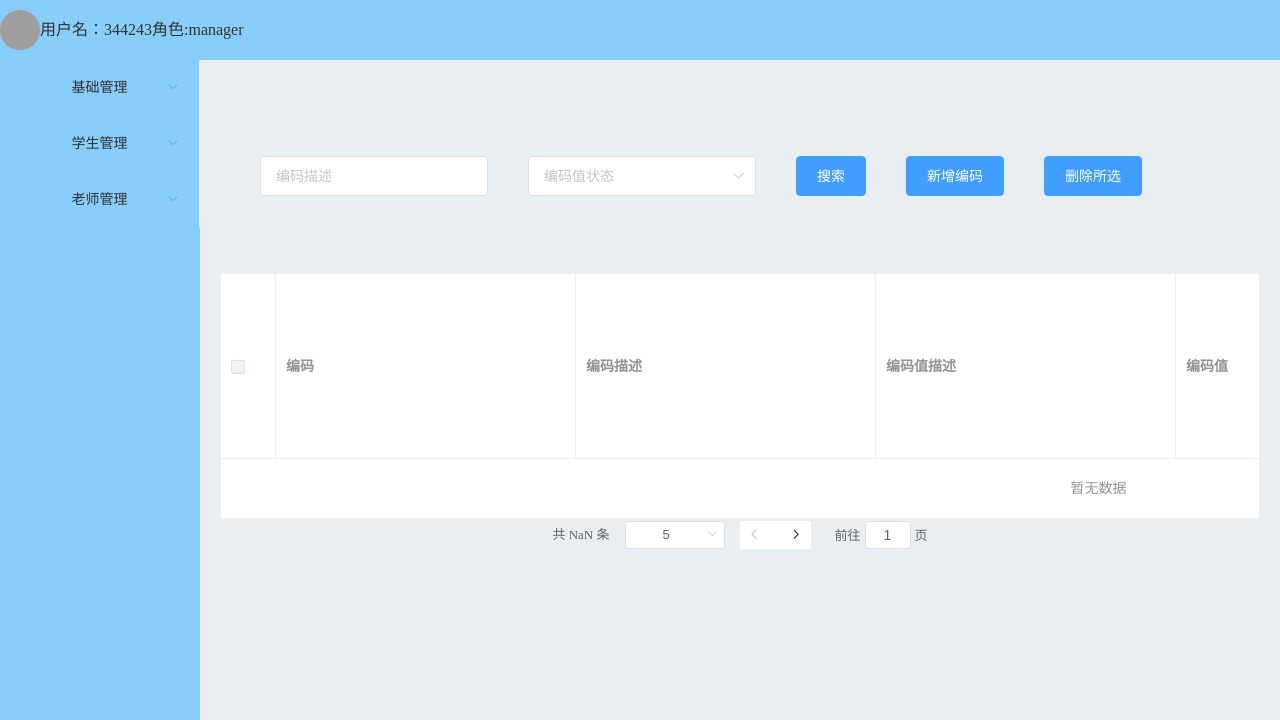
Repository: lwm9704/school-front
Page: /#/code
An editor plug-in stored every save of this project. The page is shown before and after the next save, followed by the edit.
The browser window is 1280 px wide. The pictures show the whole page.
Pictures or frames that could not be fetched are drawn as grey boxes. The page's requests for data from a server got no answer. The project was rebuilt for these pictures with package versions that can differ from the ones it lists, and the page was loaded fresh each time. No one was signed in, and anything a server would have sent is missing. Also part of the build but not shown: src/js/login.js, src/view/login.vue.

Above is the page before, as saved 2021-11-22 14:53:50.

### src/main.js
// The Vue build version to load with the `import` command
// (runtime-only or standalone) has been set in webpack.base.conf with an alias.
import Vue from 'vue'
import App from './App'
import router from './router'
import ElementUI from 'element-ui'
import 'element-ui/lib/theme-chalk/index.css'
import Vuex from 'vuex'
import './assets/css/global.css'

Vue.config.productionTip = false
Vue.use(ElementUI)
Vue.use(Vuex)

/* eslint-disable no-new */
new Vue({
  el: '#app',
  router,
  components: { App },
  template: '<App/>'
})

### src/router/index.js

import Vue from 'vue'
import Router from 'vue-router'
import Login from '@/view/login'
import Home from '../view/home'


Vue.use(Router)

export default new Router({
  routes: [
    {
      path: '/',
      redirect: '/login',
    },
    {
      path: '/login',
      name: 'login',
      component: Login
    },
    {
      path: '/home',
      name: 'home',
      component: Home,
      children: [
        {
          path: '/user',
          name: 'user',
          component: () => import('../view/user')
        },
        {
          path: '/code',
          name: 'code',
          component: () => import('../view/code')
        },
        {
          path: '/course',
          name: 'course',
          component: () => import('../view/course')
        },
        {
          path: '/grade',
          name: 'grade',
          component: () => import('../view/grade')
        },
        {
          path: '/lecture',
          name: 'lecture',
          component: () => import('../view/lecture')
        },
        {
          path: '/member',
          name: 'member',
          component: () => import('../view/member')
        },
        {
          path: '/score',
          name: 'score',
          component: () => import('../view/score')
        },
        {
          path: '/teaching',
          name: 'teaching',
          component: () => import('../view/teaching')
        }
      ]
    },

  ]
})

### src/assets/css/global.css
html,body,#app,.el-container{
  /*设置内部填充为0，几个布局元素之间没有间距*/
  padding: 0px;
  /*外部间距也是如此设置*/
  margin: 0px;
  /*统一设置高度为100%*/
  height: 100%;
  }

### src/view/home.vue
<template>
  <div class="home">
    <el-container class="top">
      <el-header>
        <div class="header">
          <myHeader></myHeader>
        </div>
      </el-header>
      <el-container class="main">
        <el-aside width="200px" class="Aside">
          <leftMenu></leftMenu>
        </el-aside>
        <el-container>
          <el-main>
            <router-view></router-view>
          </el-main>
        </el-container>
      </el-container>
    </el-container>
  </div>
</template>
<script>
import req from "../js/home";
import leftMenu from "../components/leftMenu";
import myHeader from "../components/myHeader";
export default {
  components: {
    leftMenu,
    myHeader,
  },
  data(){
    return{
      userInfo:{
        userId:'12323',
        account:'344243',
        role:"manager"
      }
    }
  },
  mounted(){
    this.getUserInfo();
  },
  methods: {

    //获取并保存用户参数
    getUserInfo(){
      // sessionStorage.setItem("userInfo",JSON.stringify(this.$route.params.userInfo))
      // sessionStorage.setItem(this.userInfo)
    },
    //侧边栏的方法
    handleOpen(key, keyPath) {
      console.log(key, keyPath);
    },
    handleClose(key, keyPath) {
      console.log(key, keyPath);
    },
  },
  mounted() {},
};
</script>
<style lang="scss" scoped>
.el-header {
  background-color: #87cefa;
  color: #333;
  text-align: center;
  line-height: 60px;
  padding: 0;
}

.el-aside {
  background-color: #87cefa;
  color: #333;
  text-align: center;
  line-height: 200px;
}

.el-main {
  background-color: #e9eef3;
  color: #333;
  text-align: center;
  line-height: 160px;
}

body > .el-container {
  margin-bottom: 40px;
}
.home,.top,.main{
  height: 100%;
}
</style>

### src/view/code.vue
<template>
  <div>
    <div class="main-head" :model="search">
      <dl>
        <dd>
          <el-input
            v-model="search.codeDescription"
            placeholder="编码描述"
            clearable
          ></el-input>
        </dd>
      </dl>
      <dl>
        <dd>
          <el-select v-model="search.state" placeholder="编码值状态">
            <el-option
              v-for="item in state"
              :key="item.value"
              :label="item.label"
              :value="item.value"
            ></el-option>
          </el-select>
        </dd>
      </dl>
      <dl>
        <dd>
          <el-button type="primary" @click="searchData">搜索</el-button>
        </dd>
      </dl>
      <dl>
        <dd>
          <el-button type="primary" @click="addCode">新增编码</el-button>
        </dd>
      </dl>
      <dl>
        <dd>
          <el-button type="primary" @click="deleteDetailList"
            >删除所选</el-button
          >
        </dd>
      </dl>
    </div>

    <el-table
      ref="multipleTable"
      :data="tableData"
      tooltip-effect="dark"
      border
      style="width: 100%"
      @selection-change="handleSelectionChange"
    >
      <el-table-column type="selection" width="55"></el-table-column>
      <el-table-column label="编码" prop="codeNo" width="300"></el-table-column>
      <el-table-column
        label="编码描述"
        prop="codeDescription"
        width="300"
      ></el-table-column>
      <el-table-column
        prop="codeValueDescription"
        label="编码值描述"
        width="300"
      ></el-table-column>
      <el-table-column
        prop="codeValue"
        label="编码值"
        width="300"
        show-overflow-tooltip
      ></el-table-column>
      <el-table-column label="操作" width="500">
        <template slot-scope="scope">
          <el-button size="mini" @click="modifyCode(scope.row)"
            >编码编辑</el-button
          >
          <el-button size="mini" @click="addDetail(scope.row)"
            >新增编码详情</el-button
          >
          <el-button size="mini" @click="modifyDetail(scope.row)"
            >编码详情编码</el-button
          >
          <el-button size="mini" @click="deleteDetail(scope.row)"
            >删除编码详情编码</el-button
          >
        </template>
      </el-table-column>
    </el-table>

    <div class="footer">
      <el-pagination
        @size-change="handleSizeChange"
        @current-change="handleCurrentChange"
        :current-page="parseInt(pageInfo.currentPage)"
        :page-sizes="[100, 200, 300, 400]"
        :page-size="parseInt(pageInfo.pageSize)"
        layout="total, sizes, prev, pager, next, jumper"
        :total="parseInt(pageInfo.total)"
      ></el-pagination>
    </div>

    <!--编码-->
    <el-dialog :title="dialogInfo.title" :visible.sync="codeFormVisible">
      <el-form :model="codeForm" :rules="codeRules" :ref="codeForm">
        <el-form-item label="编码" :label-width="formLabelWidth">
          <el-input v-model="codeForm.codeNo" autocomplete="off"></el-input>
        </el-form-item>
        <el-form-item label="编码描述" :label-width="formLabelWidth">
          <el-input v-model="codeForm.description" autocomplete="off"></el-input>
        </el-form-item>
      </el-form>
      <div slot="footer" class="dialog-footer">
        <el-button @click="cancelCodeForm">取 消</el-button>
        <el-button type="primary" @click="saveCodeForm">确 定</el-button>
      </div>
    </el-dialog>
    <!--编码详情-->
    <el-dialog :title="dialogInfo.title" :visible.sync="detailFormVisible">
      <el-form :model="detailForm" :rules="detailRules" :ref="detailForm">
        <el-form-item label="编码值" :label-width="formLabelWidth">
          <el-input v-model="detailForm.codeValue" autocomplete="off"></el-input>
        </el-form-item>
        <el-form-item label="编码值描述" :label-width="formLabelWidth">
          <el-input v-model="detailForm.codeValueDescribe" autocomplete="off"></el-input>
        </el-form-item>
        <el-form-item label="状态" :label-width="formLabelWidth">
          <el-select v-model="detailForm.state" clearable placeholder="请选择">
            <el-option
              v-for="item in state"
              :key="item.value"
              :label="item.label"
              :value="item.value"
            ></el-option>
          </el-select>
        </el-form-item>
      </el-form>
      <div slot="footer" class="dialog-footer">
        <el-button @click="cancelDetailForm">取 消</el-button>
        <el-button type="primary" @click="saveDetailForm">确 定</el-button>
      </div>
    </el-dialog>
  </div>
</template>
<script>
import req from "../js/code";
export default {
  data() {
    return {
      //表内容数据
      tableData: [],
      multipleSelection: [],
      //显示页面条数
      pageInfo: {
        currentPage: "",
        total: "",
        pageSize: "",
      },
      dialogInfo: {
        type: "",
        title: "",
      },
      //编码表单
      codeFormVisible: false,
      codeForm: {
        codeNo: "",
        description: "",
      },
      codeRules: {
        code: [{ required: true, message: "请输入编码", trigger: "blur" }],
      },
      //详情表单
      detailFormVisible: false,
      detailForm: {
        codeValue: "",
        codeValueDescribe: "",
        state: "",
      },
      detailRules: {
        codeValue: [{ required: true, message: "请输入编码值", trigger: "blur" }],
        state: [{ required: true, message: "请选择状态", trigger: "blur" }],
      },
      formLabelWidth: "120px",
      //搜索，按钮
      search: {
        codeDescription: "",
        state: "",
        offset:"",
        limit:"",
      },
      state: [
        {
          value: 0,
          label: "禁用",
        },
        {
          value: 1,
          label: "启用",
        },
      ],
    };
  },
  mounted() {
    this.fetch();
  },
  methods: {
    //侧边栏的方法
    handleOpen(key, keyPath) {
      console.log(key, keyPath);
    },
    handleClose(key, keyPath) {
      console.log(key, keyPath);
    },
    //多选
    handleSelectionChange(row) {
      this.multipleSelection = row;
    },

    //选页的相关方法
    handleSizeChange(pageSize) {
      this.pageInfo.pageSize = pageSize;
      console.log(`每页 ${pageSize} 条`);
    },
    handleCurrentChange(currentPage) {
      this.pageInfo.currentPage = currentPage;
      console.log(`当前页: ${currentPage}`);
    },
    //刷新页面
    fetch() {
      this.pageInfo.pageSize = 5;
      this.pageInfo.currentPage = 1;
      this.searchData();
    },
    //搜索
    searchData() {
      this.search.offset = this.pageInfo.currentPage;
      this.search.limit = this.pageInfo.pageSize;
      req("selectData", {
        ...this.search
      }).then((data) => {
        console.log(data.data);
        this.tableData = data.data.list;
        // this.pageInfo.pageSize = data.data.offset;
        // this.pageInfo.currentPage = data.data.limit;
        // this.pageInfo.total = data.data.total;
      });
    },
    //重置
    reset() {
      this.fetch();
      console.log("重置按钮被点击了");
    },
    addCode() {
      this.dialogInfo.type = "addCode";
      this.dialogInfo.title = "新增编码";
      this.codeFormVisible = true;
    },
    modifyCode(row) {
      this.codeForm = row;
      this.dialogInfo.type = "modifyCode";
      this.dialogInfo.title = "修改编码";
      this.codeFormVisible = true;
    },
    addDetail(row) {
      this.detailForm.codeId = row.codeId;
      this.dialogInfo.type = "addDetail";
      this.dialogInfo.title = "新增编码详情";
      console.log()
    },
    modifyDetail(row) {
      this.detailForm.codeId = row.codeId;
      this.detailForm.value = row.value;
      this.detailForm.describe = row.describe;
      this.detailForm.state = row.state;
      this.dialogInfo.type = "modifyDetail";
      this.dialogInfo.title = "修改编码值";
      this.detailFormVisible = true;
    },
    saveCodeForm() {
      this.$refs[this.codeForm].validate((valid) => {
        // console.log(this.$refs[this.codeForm])\
        console.log(this.dialogInfo.type)
        if (valid) {
          if (this.dialogInfo.type === "addCode") {
            console.log(2)
            req("insertData", { ...this.codeForm }).then((data) => {
              console.log(data.data);
              if (data.code === 1) {
                this.$message.success(data.msg);
                this.fetch();
                this.$refs[this.codeForm].resetFields();
                this.codeFormVisible = false;
              } else {
                this.$message.error(data.data.msg);
              }
            });
          }
          if (this.dialogInfo.type === "modifyCode") {
            req("updateData", { ...codeForm }).then((data) => {
              console.log(data.data);
              if (data.data.code === 1) {
                this.$message.success(data.data.msg);
                this.fetch();
                this.$refs[this.codeForm].resetFields();
                this.codeFormVisible = false;
              } else {
                this.$message.error(data.data.msg);
              }
            });
          }
        }
      });
    },
    cancelCodeForm() {
      this.$refs[this.codeForm].resetFields();
      this.codeFormVisible = false;
    },

    saveDetailForm() {
      this.$refs[this.detailForm].validate((valid) => {
        if (valid) {
          if (this.dialogInfo.type === "addDetail") {
            req("insertDetailData", { ...this.detailForm }).then((data) => {
              console.log(data.data);
              if (data.data.code === 1) {
                this.$message.success(data.data.msg);
                this.fetch();
                this.$refs[this.detailForm].resetFields();
                this.detailFormVisible = false;
              } else {
                this.$message.error(data.data.msg);
              }
            });
          }
          if (this.dialogInfo.type === "modifyDetail") {
            req("updateDetailData", { ...detailForm }).then((data) => {
              console.log(data.data);
              if (data.data.code === 1) {
                this.$message.success(data.data.msg);
                this.fetch();
                this.$refs[this.detailForm].resetFields();
                this.detailFormVisible = false;
              } else {
                this.$message.error(data.data.msg);
              }
            });
          }
        }
      });
    },
    cancelDetailForm() {
      this.$refs[this.detailForm].resetFields();
      this.detailFormVisible = false;
    },

    deleteDetail(row) {
      this.$confirm("此操作将永久删除该文件,是否继续?").then(() => {
        let codeDetailId = row.codeDetailId.toString();
        req("deleteDetailData", { codeDetailId: codeDetailId }).then((data) => {
          this.$message.success(data.data.msg);
          this.fetch();
        });
      });
    },
    deleteDetailList() {
      if (this.multipleSelection.length === 0) {
        this.$message.info("请选择需要删除的数据");
        return;
      }
      this.$confirm("此操作将永久删除该文件,是否继续?").then(() => {
        let codeDetailIdList = this.multipleSelection
          .map((item) => {
            return item.codeDetailId;
          })
          .toString();
        req("deleteDetailData", { codeDetailId: codeDetailIdList }).then(
          (data) => {
            this.$message.success(data.data.msg);
            this.fetch();
          }
        );
      });
    },
  },
};
</script>

<style lang="scss" scoped>
.main-head {
  display: flex;
  flex-direction: row;
}
</style>

### src/js/home.js
import req from "../fect/rquestConfig";

const config = {
    getUserInfo: {
        url: '/user/selectOfCondition',
        method: 'get'
    },
}
const request = function (funcName, requestParam) {
    return req(config[funcName].url, config[funcName].method, requestParam, {}, config[funcName].fileConfig)
}
export default request

### src/components/leftMenu.vue
<template>
  <div>
    <el-menu
      class="el-menu-vertical-demo"
      :default-active="this.$router.path"
      router
      background-color="#87CEFA"
      @open="handleOpen"
      @close="handleClose"
    >
      <el-submenu
        v-for="(item, index) in menuList"
        :index="index + ''"
        :key="item.labe"
      >
        <template slot="title">{{ item.labe }}</template>
        <div v-if="item.children">
          <el-menu-item
            v-for="items in item.children"
            :index="items.path"
            :key="items.path"
          >
            <template slot="title">
              {{ items.labe }}
            </template>
          </el-menu-item>
        </div>
      </el-submenu>
    </el-menu>
  </div>
</template>

<script>
// import router from 'vue-router'
export default {
  name: "leftMenu",
  props: [],
  data() {
    return {
      menuList: [
        {
          index: "1",
          labe: "基础管理",
          children: [
            {
              index: "1 - 1",
              labe: "编码管理",
              path: "/code",
            },
            {
              index: "1 - 2",
              labe: "用户管理",
              path: "/user",
            },
            {
              index: "1 - 3",
              labe: "班级管理",
              path: "/grade",
            },
            {
              index: "1 - 4",
              labe: "课程管理",
              path: "/course",
            },
          ],
        },
        {
          index: "2",
          labe: "学生管理",
          children: [
            {
              index: "2 - 1",
              labe: "学生家庭成员管理",
              path: "/member",
            },
            {
              index: "2 - 2",
              labe: "考试成绩管理",
              path: "/score",
            },
          ],
        },
        {
          index: "3",
          labe: "老师管理",
          children: [
            {
              index: "3 - 1",
              labe: "教学管理",
              path: "/teaching",
            },
            {
              index: "3 - 2",
              labe: "授课管理",
              path: "/lecture",
            },
          ],
        },
      ],
    };
  },
  methods: {
    // handlerSelect(key, path) {
    // console.log(key,path)
    // if (path !== this.$route.path) {
    //   this.$router.replace({path:'path'});
    //   // this.$router.push({path: key, query: {}})
    // }
    // // this.$router.push({name: key, params: {}})
    // console.log(key);
    // console.log(path);
    // this.$emit('select', key,path);
    // },
    handleOpen(key, keyPath) {
      console.log(key, keyPath);
    },
    handleClose(key, keyPath) {
      console.log(key, keyPath);
    },
  },
};
</script>

<!-- Add "scoped" attribute to limit CSS to this component only -->
<style scoped>
</style>

### src/components/myHeader.vue
<template>
  <div class="myHeader">
    <div class="userInfo">
      <div class="avatar">
        <el-avatar
          src="https://cube.elemecdn.com/0/88/03b0d39583f48206768a7534e55bcpng.png"
        ></el-avatar>
      </div>
      <div class="charInfo">
        <span>用户名：{{this.userInfo.account}}</span>
        <span>角色:{{this.userInfo.role}}</span>
      </div>
    </div>
  </div>
</template>
<script>
export default {
  name: "myHeader",
  props: [],
  data() {
    return {
      userInfo: {
        userId: "12323",
        account: "344243",
        role: "manager",
      },
    };
  },
  methods: {
    getUserInfo() {
      // this.userInfo = JSON.parse(sessionStorage.getItem('userInfo'))
    },
  },
  mounted() {
    this.getUserInfo();
  },
};
</script>
<style lang="scss" scoped>
.myHeader{
  background-color:#87CEFA;
  height: 60px;
}
.userInfo {
    display: flex;
    flex-direction: row;
    height: 60px;
    .avatar{
      padding-top: 10px;
    }
}
</style>

### src/js/code.js
import req from '../fect/rquestConfig'
const config = {
    selectData: {
        url: '/code/queryAll',
        method: 'get'
    },
    insertData: {
        url: '/code/insertCode',
        method: 'post'
    },
    updateData: {
        url: '/code/updateCode',
        method: 'post'
    },
    deleteData: {
        url: '/code/deleteCodeById',
        method: 'post'
    },

    selectDetailData: {
        url: '/codeDetailed/queryAll',
        method: 'get'
    },
    insertDetailData: {
        url: '/codeDetailed/insertCodeDetailed',
        method: 'post'
    },
    updateDetailData: {
        url: '/codeDetailed/updateCodeDetailed',
        method: 'post'
    },
    deleteDetailData: {
        url: "/codeDetailed/deleteCodeDetailedById",
        method: 'post'
    }
}
const request = function (funcName, requestParam) {
    return req(config[funcName].url, config[funcName].method, requestParam, {}, config[funcName].fileConfig)
}
export default request

### src/fect/rquestConfig.js
import axios from 'axios'
import { throwErr } from './throwErr'

// const urlHead = 'http://305o99f251.wicp.vip'
const urlHead = '/api'
const qs = require('qs')

/**
 *
 * @param {String} url 请求路径
 * @param {String} method 请求方法
 * @param {Object} params 请求参数
 * @param {Object} requestHeader 请求头
 * @param {Object} fileConfig ---> {type, fileName} 导出配置 ---> 导出类型, 文件名称
 */
const req = function (url, method, params, requestHeader, fileConfig = {}) {

    Proxy:{
        '/js'
    }
    let instance = axios.create({
        baseURL: urlHead,
        timeout: 60000
    })

    // 添加请求拦截器
    instance.interceptors.request.use(config => {
        return config
    }, error => {
        return Promise.reject(error)
    })

    let requestConfig = {
        url: url,
        method: method,
        //将header、params、token复制到目标
        // params: Object.assign({}, params, { access_token: JSON.parse(sessionStorage.getItem('userInfo')).access_token }),
        // data: qs.stringify(Object.assign({}, params, { access_token: JSON.parse(sessionStorage.getItem('userInfo')).access_token })),
        params: Object.assign({}, params),
        data:qs.stringify(Object.assign({},params)),
        headers: {},
        responseType: fileConfig.type === 'file' ? 'blob' : ''
    }

    let getReg = /get|GET/
    let postReg = /post|POST/

    let fileData = {}

    let timer = null

    // 请求类型为导出时，添加vuex状态管理，定时修改vuex对应记录，请求完成或者请求报错时，停止定时器
    if (fileConfig.type === 'file') {
        fileData = {
            fileId: new Date().getTime(),
            fileName: fileConfig.fileName,
            fileLoadTime: 0,
            fileStatus: 'downloading',
            errorInfo: '',
            fileUrl: null
        }

    }

    if (getReg.test(requestConfig.method)) {
        delete requestConfig.data
        requestConfig.headers['Content-Type'] = 'application/json'
    } else if (postReg.test(requestConfig.method)) {
        delete requestConfig.params
        requestConfig.headers['Content-Type'] = 'application/x-www-form-urlencoded'
    }

    // 添加响应拦截器
    instance.interceptors.response.use(response => {
        clearInterval(timer)
        timer = null

        if (response.status === 200) {
            if (fileConfig.type === 'file') {
                fileData.fileStatus = 'success'
                fileData.fileUrl = window.URL.createObjectURL(new Blob([response.data]))
                // store.commit('changeExportFileList', fileData)
            }

            return response.data
        } else {
            if (fileConfig.type === 'file') {
                fileData.fileStatus = 'error'
                // store.commit('changeExportFileList', fileData)
            }

            throw new Error(throwErr(response))
        }
    }, error => {
        clearInterval(timer)
        timer = null

        if (fileConfig.type === 'file') {
            fileData.fileStatus = 'error'
            // store.commit('changeExportFileList', fileData)
        }

        return Promise.reject(error)
    })

    return instance(requestConfig)
}

export default req

### src/fect/throwErr.js
// axios错误信息匹配
export const throwErr = (response) => {
    let message = '请求错误'
    switch (response.status) {
        case 400:
            message = '请求错误'
            break
        case 401:
            message = '未授权，请登录'
            break
        case 403:
            message = '拒绝访问'
            break
        case 404:
            message = `请求地址出错: ${response.config.url}`
            break
        case 408:
            message = '请求超时'
            break
        case 500:
            message = '服务器内部错误'
            break
        case 501:
            message = '服务未实现'
            break
        case 502:
            message = '网关错误'
            break
        case 503:
            message = '服务不可用'
            break
        case 504:
            message = '网关超时'
            break
        case 505:
            message = 'HTTP版本不受支持'
            break
        default:
    }
    return '错误码:' + response.status + ' ' + '错误信息:' + message
}

Loaded but not shown: index.html (common file); src/App.vue (common file)

After the next save:
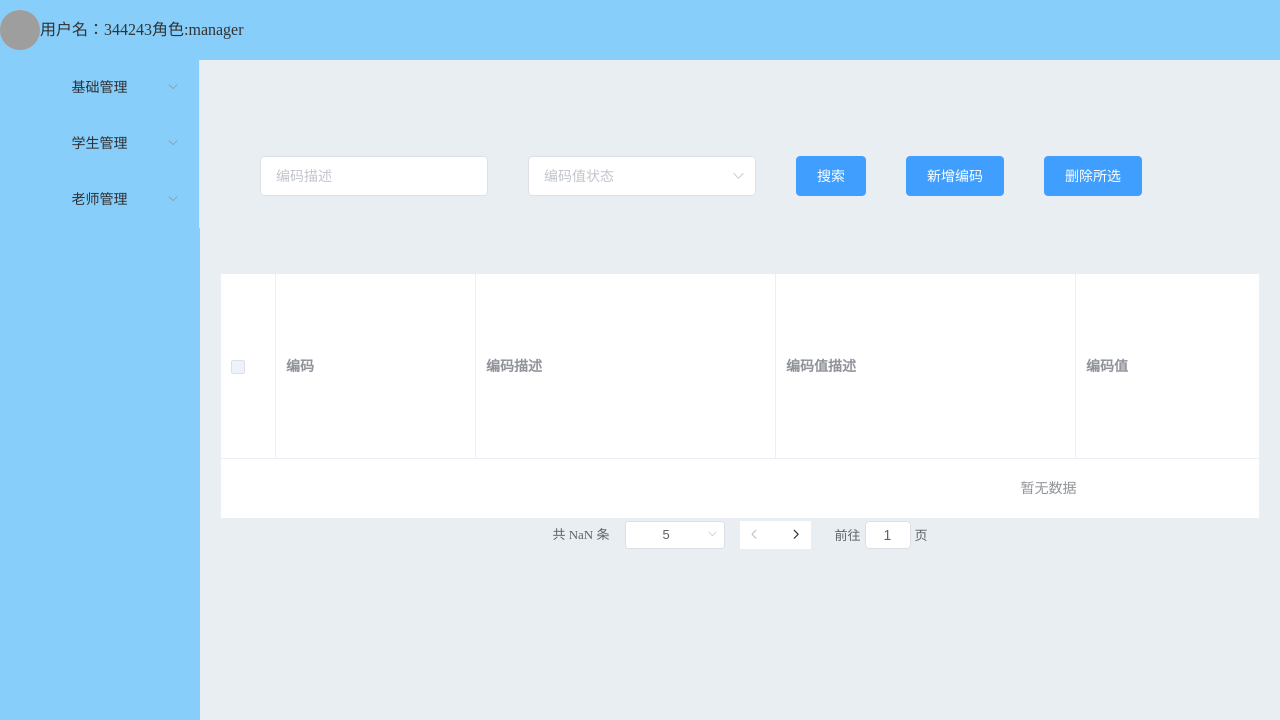
Saved 33 s later.
--- a/src/view/code.vue
+++ b/src/view/code.vue
@@ -50,7 +50,7 @@
       @selection-change="handleSelectionChange"
     >
       <el-table-column type="selection" width="55"></el-table-column>
-      <el-table-column label="编码" prop="codeNo" width="300"></el-table-column>
+      <el-table-column label="编码" prop="codeNo" width="200"></el-table-column>
       <el-table-column
         label="编码描述"
         prop="codeDescription"
